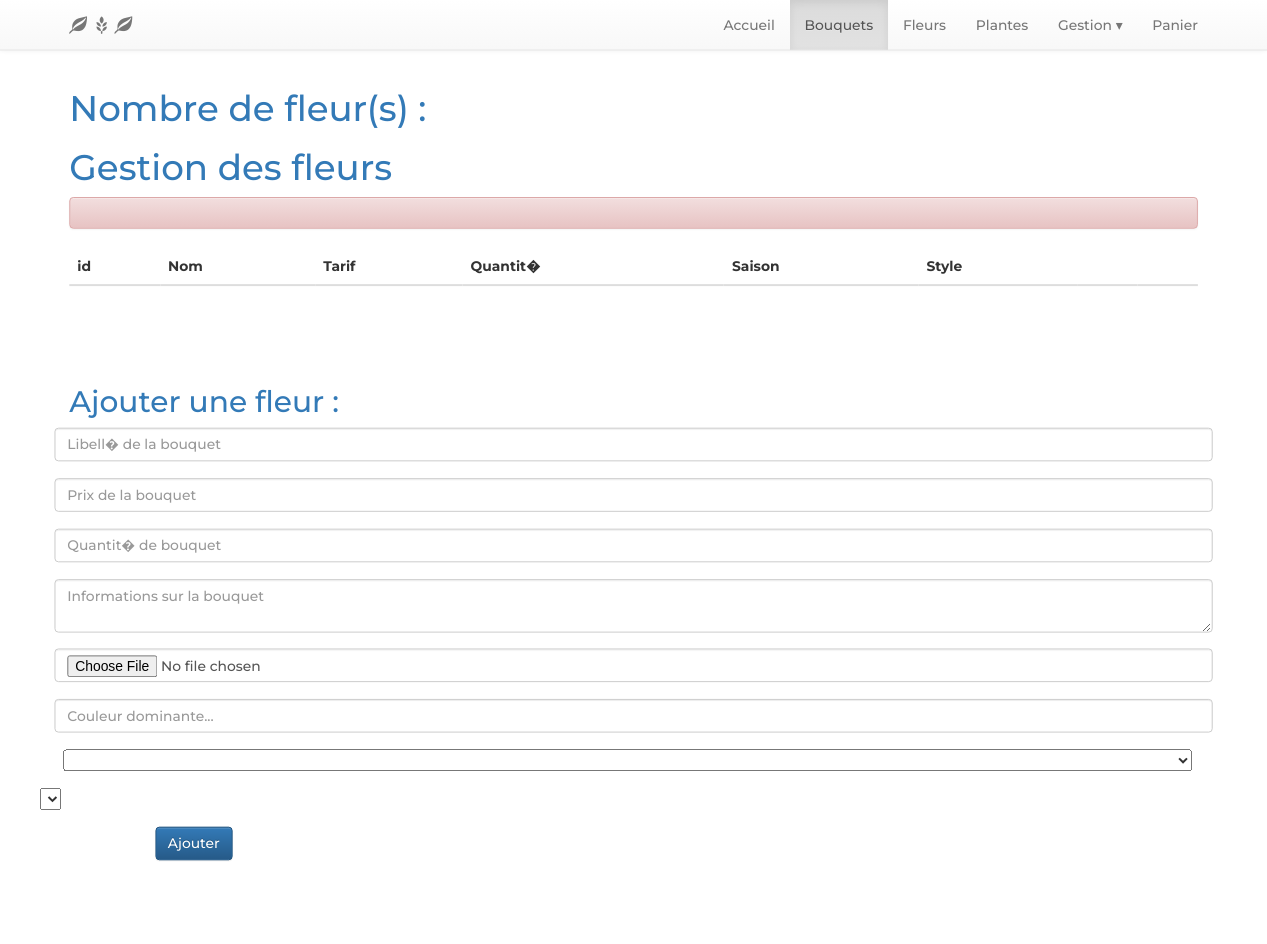
Repository: JeremT8/JavaFleuristeProject
Page: tp-fleuriste/src/main/webapp/bouquets.html
The author's editor kept a copy of each file at every save. The page is drawn from the files as they stood at one save, then again after the next save.
The browser window is 1280 px wide. The pictures show the whole page, at 99% of full size.
The page's requests for data from a server got no answer. Some web libraries are served in a nearby version.

Above is the page before, as saved 2022-05-18 10:10:57.

### tp-fleuriste/src/main/webapp/bouquets.html
<!DOCTYPE html>
<html>
<head>
<meta charset="UTF-8">
<title>Flow Hearts</title>
<link rel="stylesheet"
	href="https://maxcdn.bootstrapcdn.com/bootstrap/3.3.7/css/bootstrap.min.css">
<link rel="stylesheet"
	href="https://maxcdn.bootstrapcdn.com/bootstrap/3.3.7/css/bootstrap-theme.min.css">
<script
	src="https://ajax.googleapis.com/ajax/libs/jquery/3.1.1/jquery.min.js"></script>
<script
	src="https://maxcdn.bootstrapcdn.com/bootstrap/3.3.7/js/bootstrap.min.js"></script>
<link rel="apple-touch-icon" sizes="76x76" href="/apple-touch-icon.png">
<link rel="icon" type="image/png" sizes="32x32"
	href="/favicon-32x32.png">
<link rel="icon" type="image/png" sizes="16x16"
	href="/favicon-16x16.png">
<link rel="manifest" href="/site.webmanifest">
<link rel="mask-icon" href="/safari-pinned-tab.svg" color="#5bbad5">
<meta name="msapplication-TileColor" content="#da532c">
<meta name="theme-color" content="#ffffff">
<link rel="stylesheet" href="css/commun.css">
<link rel="preconnect" href="https://fonts.googleapis.com">
<link rel="preconnect" href="https://fonts.gstatic.com" crossorigin>
<link href="https://fonts.googleapis.com/css2?family=Montserrat:wght@300;500;700&display=swap" rel="stylesheet">
<script src="./js/bouquets.js"></script>
</head>
<body>
	<nav class="navbar navbar-default navbar-fixed-top">
		<div class="container">
			<div class="navbar-header">
				<a href="index.html" class="navbar-brand active"> <span
					class="glyphicon glyphicon-leaf rotate-leaf"></span> <span
					class="glyphicon glyphicon-grain"></span> <span
					class="glyphicon glyphicon-leaf"></span>
				</a>
				<button class="navbar-toggle" type="button" data-toggle="collapse"
					data-target="#navbar-main">
					<span class="icon-bar"></span> <span class="icon-bar"></span> <span
						class="icon-bar"></span>
				</button>
			</div>
			<div class="navbar-collapse collapse" id="navbar-main">
				<ul class="nav navbar-nav navbar-right">
					<li><a href="index.html">Accueil</a></li>
					<li class="active"><a href="bouquets.html">Bouquets</a></li>
					<li><a href="fleurs.html">Fleurs</a></li>
					<li><a href="plantes.html">Plantes</a></li>
					<li class="nav-item dropdown"><a
						class="nav-link dropdown-toggle" href="#" id="navbarDropdown"
						role="button" data-toggle="dropdown" aria-haspopup="true"
						aria-expanded="false"> Gestion ▾ </a>
						<div class="dropdown-menu" aria-labelledby="navbarDropdown">
							<a class="dropdown-item" href="plantes.html">Plantes</a>
							<div class="dropdown-divider"></div>
							<a class="dropdown-item" href="fleurs.html">Fleurs</a>
							<div class="dropdown-divider"></div>
							<a class="dropdown-item" href="bouquets.html">Bouquets</a>
							<div class="dropdown-divider"></div>
							<a class="dropdown-item" href="saisons.html">Saisons</a>
							<div class="dropdown-divider"></div>
							<a class="dropdown-item" href="styles.html">Styles</a>
						</div></li>
					<li><a  href="panier.html"> Panier</a></li>
				</ul>
			</div>
		</div>
	</nav>
<body>
	<div class="container">
		<h1 class="bleu">
			Nombre de fleur(s) : <span id="nbFleur"></span>
		</h1>
		<h1 class="bleu">Gestion des fleurs</h1>

		<div class="alert alert-danger d-none" id="errorFleurs"></div>

		<table class="table table-hover table-striped">
			<thead>
				<tr>
					<th>id</th>
					<th>Nom</th>
					<th>Tarif</th>
					<th>Quantit�</th>
					<th>Saison</th>
					<th>Style</th>
					<th>&nbsp;</th>
					<th>&nbsp;</th>
				</tr>
			</thead>
			<tbody id="tbodyliste">
			</tbody>

		</table>

		<br> <br> <br>
		<h2 class="bleu">Ajouter une fleur :</h2>
		<div>
			<form class="form-horizontal">
				<div class="form-group">
					<div class="div-form-input mb-3">
						<input type="text"
							id="nomBouquet" class="form-control"
							placeholder="Libell� de la bouquet" aria-label="Username"
							aria-describedby="basic-addon1">
					</div>
					<div class="div-form-input mb-3">
						<input type="number"
							id="tarifBouquet" class="form-control"
							placeholder="Prix de la bouquet" aria-label="Username"
							aria-describedby="basic-addon1">
					</div>
					<div class="div-form-input mb-3">
						<input
							type="number" id="quantiteBouquet" class="form-control"
							placeholder="Quantit� de bouquet" aria-label="Username"
							aria-describedby="basic-addon1">
					</div>
					<div class="div-form-input mb-3">

						<textarea class="form-control" id="infoBouquet"
							placeholder="Informations sur la bouquet"
							aria-label="With textarea"></textarea>
					</div>
					<div class="div-form-input mb-3">
						<input type="file"
							id="urlImageBouquet" class="form-control"
							placeholder="URL de l'image..." aria-label="Username"
							aria-describedby="basic-addon1">
					</div>
					<div class="div-form-input mb-3">
						<input
							type="text" id="couleurBouquet" class="form-control"
							placeholder="Couleur dominante..." aria-label="Username"
							aria-describedby="basic-addon1">
					</div>
					<div class="div-form-input form-group">
						<div class="col-12">

							<select id="saison" class="form-select" aria-label="multiple select example">

							</select>
						</div>
					</div>
					<div class="div-form-input form-group">
						<div class="col-12">

							<select id="style" class="form-select" aria-label="multiple select example">

							</select>
						</div>
					</div>

					<div class="col-xs-2 mt-2">
						<button type="button" id="bAjoutFleur"
							class="btn btn-primary pull-right mt-2">Ajouter</button>
					</div>
				</div>

			</form>
		</div>
	</div>
</body>
</html>

### tp-fleuriste/src/main/webapp/css/commun.css
body {
	padding-top: 70px;
	padding-bottom: 70px;
	font-family: 'Montserrat', sans-serif !important;

}

.navbar-foot {
	width: 100%;
}

.rouge {
	color: red;
}

.vert {
	color: green;
}

.bleu, .glyphicon-shopping-cart {
	color: #337ab7;
}
.gros{
	font-size: 1.0em;
	padding-left: 15px;
	padding-right: 15px;
}
.glyphicon-menu-up, .glyphicon-menu-down{
	font-size: 0.7em;
}
.supp, .modif, .tri{
/* 	cursor:crosshair;	 */
	cursor:pointer;
}

textarea.noresize{
	resize: none;
}

#map{
	width : 100%;
	height : 400px;
	border : 1px solid #337ab7;
}

.icon-flipped {
transform: scaleX(-1);
-moz-transform: scaleX(-1);
-webkit-transform: scaleX(-1);
-ms-transform: scaleX(-1);
}


.bottle{
	display: inline-block !important;
}

a.dropdown-item {
	color: black;
	text-decoration: none;
	width:100%;
	margin: 4% auto;
}

.open > .dropdown-menu  {
	display: flex;
	flex-wrap: wrap;
	flex-direction: column;
	text-align: center;
	letter-spacing: 2px;
}


.input-form {
	margin:0.8em;
}

.div-form-input {
	margin: 0% 0% 1.2em 0%;
}

select#saison {
	width: 95%;
	margin: 0% 2% 0% 2%;
}

### tp-fleuriste/src/main/webapp/js/bouquets.js
$(function() {
	getBouquets();
	getSaisons();
	getStyles();
	$("#bAjoutBouquet").on("click", ajouterBouquet);
});

function getBouquets() {
	$.get("http://localhost:8080/tp-fleuriste/rs/bouquets", afficherBouquets);
}

function getSaisons() {
	$.get("http://localhost:8080/tp-fleuriste/rs/saisons", function(saisons) {

		var data = "";
		saisons.forEach(function(s) {
			data += "<option value=" + s.id + ">" + s.libelle + "</option>";
		});

		$("#saison").html(data);

	});
}

function getStyles() {
	$.get("http://localhost:8080/tp-fleuriste/rs/styles", function(styles) {

		var data = "";
		styles.forEach(function(s) {
			data += "<option value=" + s.id + ">" + s.libelle + "</option>";
		});

		$("#style").html(data);

	});
}


function afficherBouquets(bouquets) {
	var data = "";
	$("#nbBouquet").html(bouquets.length);
	bouquets.forEach(function(f) {
		var tr = "<tr>";
		tr += "<td>" + f.id + "</td>";
		tr += "<td><button onclick='afficheBouquet(" + f.id + ")' type='button' class='btn btn-link'>" + f.nom + "</button></td>";
		tr += "<td>" + f.tarif + "</td>";
		tr += "<td>" + f.quantite + "</td>";
		tr += "<td>" + f.saison.libelle + "</td>";
		tr += "<td class='centre'><button onclick='modifBouquet(" + f.id + ")' type='button' class='btn btn-xs btn-success'>Modifier</button></td>";
		tr += "<td class='centre'><button onclick='suppBouquet(" + f.id + ")' type='button' class='btn btn-xs btn-danger'>Supprimer</button></td>";
		tr += "</tr>";

		data += tr;
	})
	$("#tbodyliste").html(data);
}

function ajouterBouquet() {

	var data = {
		nom: $("#nomBouquet").val(),
		tarif: $("#tarifBouquet").val(),
		quantite: $("#quantiteBouquet").val(),
		description: $("#infoBouquet").val(),
		image: $("#urlImageBouquet").val(),
		couleur: $("#couleurBouquet").val(),
		saison: {
			id: $("#saison").val()
		},
	}


	$.ajax({
		type: 'post',
		url: 'http://localhost:8080/tp-fleuriste/rs/bouquets',
		data: JSON.stringify(data),
		contentType: "application/json;charset=utf-8",
		success: function() {
			window.location = "bouquets.html";
		}
	})
		.fail(function() {
			$("#errorBouquets").css("display", "block");
			$("#errorBouquets").html("Une erreur est survenue lors de l'ajout");
		})
}

function afficheBouquet(id) {
	window.location = "bouquet.html?id=" + id;
}

function modifBouquet(id) {
	window.location = "modifbouquet.html?id=" + id;
}

function suppBouquet(id) {
	$.ajax({
		type: 'delete',
		url: 'http://localhost:8080/tp-fleuriste/rs/bouquets/' + id,
		success: function() {
			getBouquets();
		}
	})
		.fail(function() {
			$("#errorBouquets").css("display", "block");
			$("#errorBouquets").html("Une erreur est survenue lors de la suppression");
		})
}

After the next save:
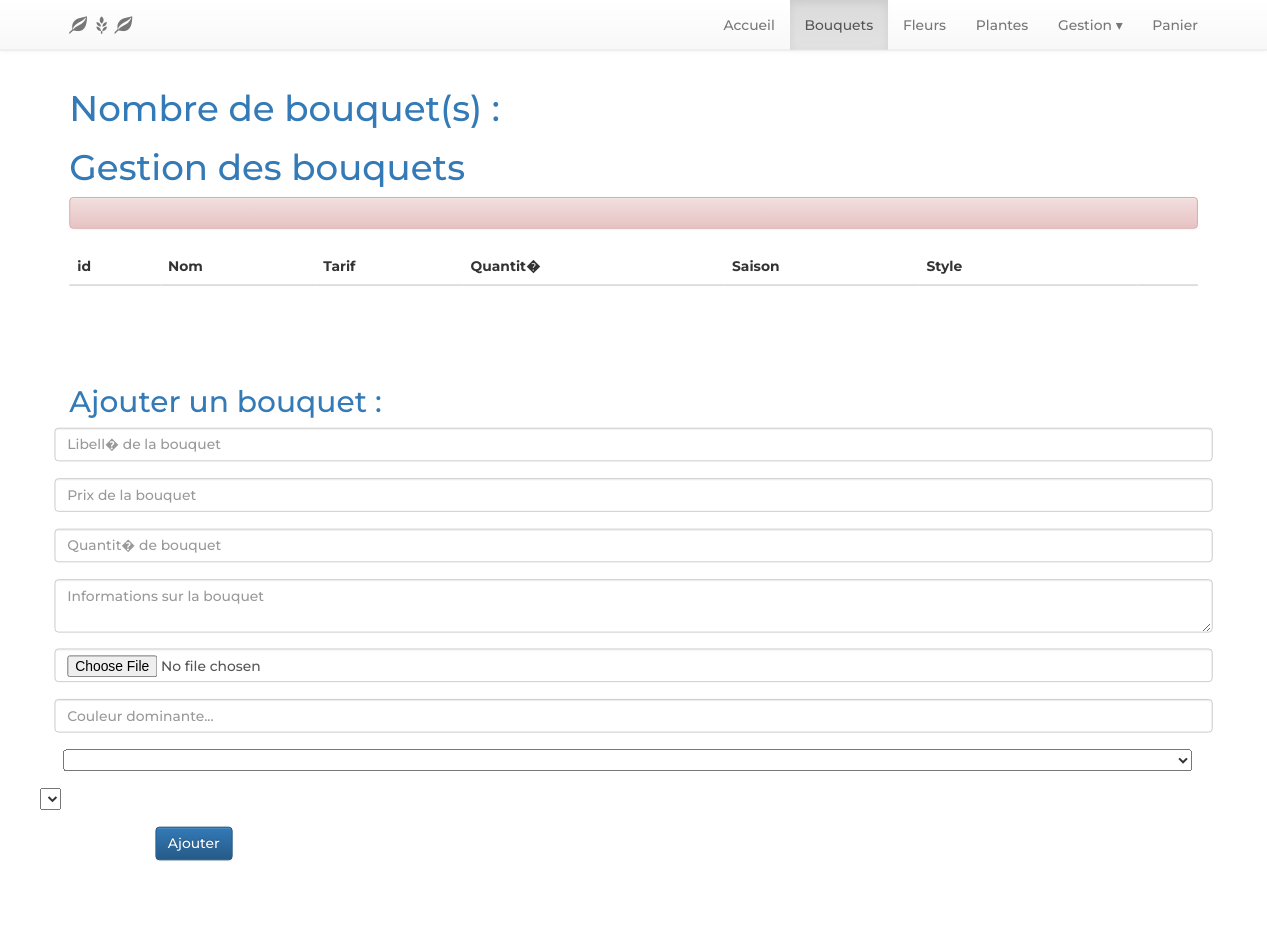
Saved 55 s later.
--- a/tp-fleuriste/src/main/webapp/bouquets.html
+++ b/tp-fleuriste/src/main/webapp/bouquets.html
@@ -70,11 +70,11 @@
 <body>
 	<div class="container">
 		<h1 class="bleu">
-			Nombre de fleur(s) : <span id="nbFleur"></span>
+			Nombre de bouquet(s) : <span id="nbBouquets"></span>
 		</h1>
-		<h1 class="bleu">Gestion des fleurs</h1>
+		<h1 class="bleu">Gestion des bouquets</h1>
 
-		<div class="alert alert-danger d-none" id="errorFleurs"></div>
+		<div class="alert alert-danger d-none" id="errorBouquets"></div>
 
 		<table class="table table-hover table-striped">
 			<thead>
@@ -95,7 +95,7 @@
 		</table>
 
 		<br> <br> <br>
-		<h2 class="bleu">Ajouter une fleur :</h2>
+		<h2 class="bleu">Ajouter un bouquet :</h2>
 		<div>
 			<form class="form-horizontal">
 				<div class="form-group">
